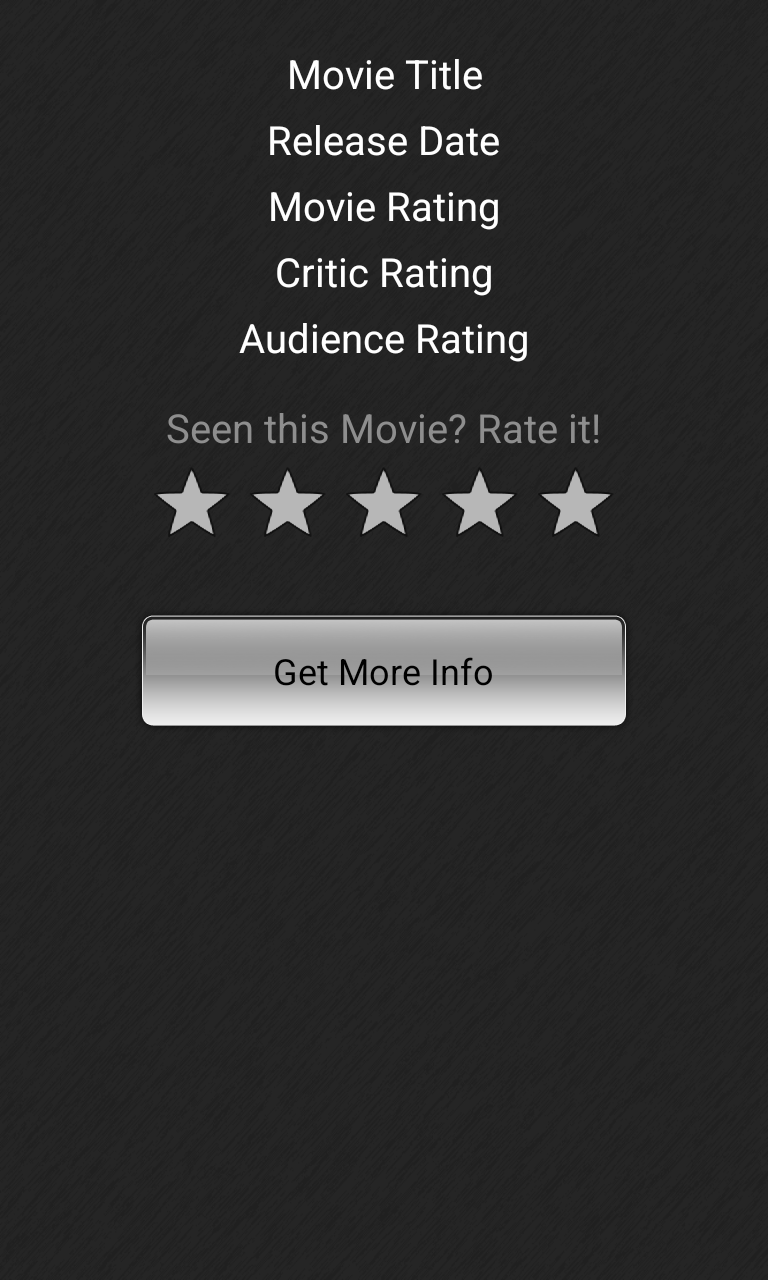
Repository: efreestone/Java2_Freestone
Layout: Java2Project3/res/layout/activity_details.xml
The author's editor kept a copy of each file at every save. The layout is drawn from the files as they stood at one save, then again after the next save.
It is drawn on a 768 x 1280 px phone screen (xhdpi) without system bars, with theme AppTheme; the app's code is not run.

Above is the layout before, as saved 2014-05-22 19:38:42.

After the next save:
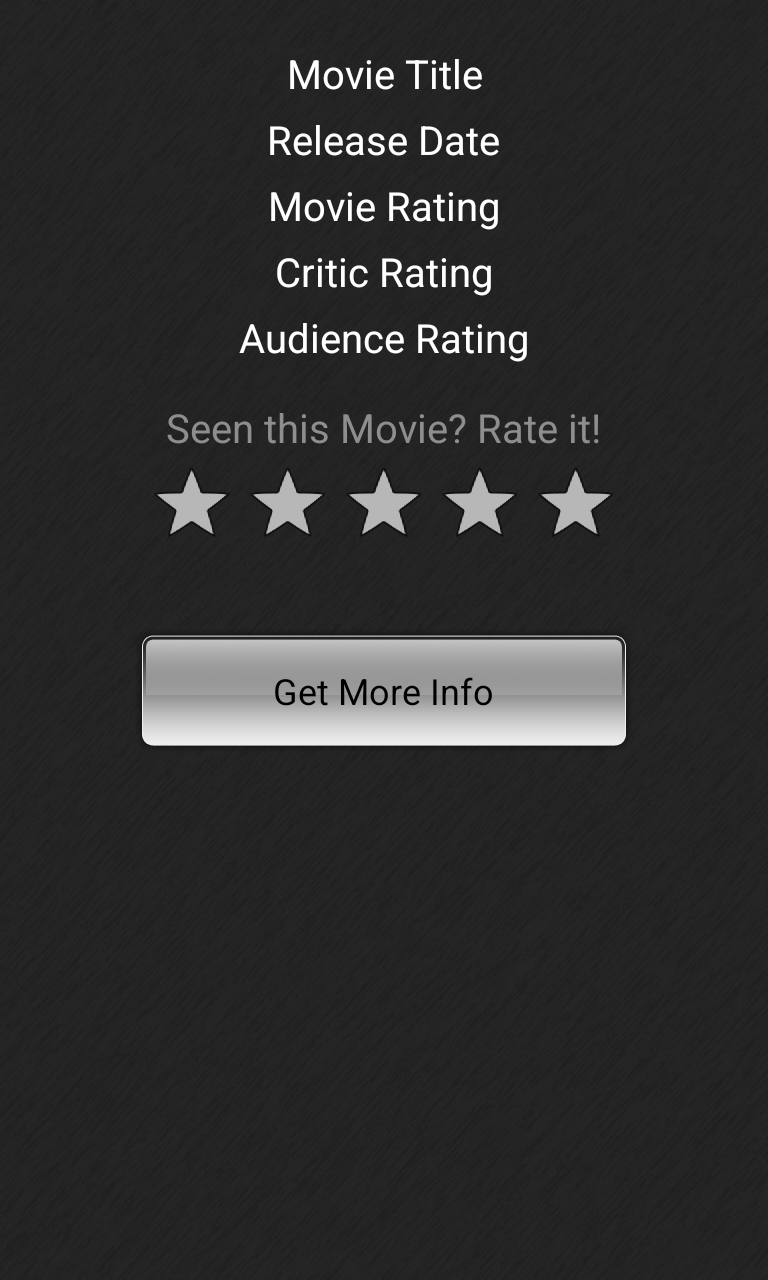
Saved 31 s later.
--- a/Java2Project3/res/layout/activity_details.xml
+++ b/Java2Project3/res/layout/activity_details.xml
@@ -78,8 +78,8 @@
             android:layout_width="wrap_content"
             android:layout_height="wrap_content"
             android:layout_gravity="center"
-            android:layout_margin="5dp"
-            android:layout_marginBottom="120dp"
+            android:layout_margin="15dp"
+
             android:background="@drawable/button_background"
             android:clickable="true"
             android:text="@string/moreInfoButtonString"
